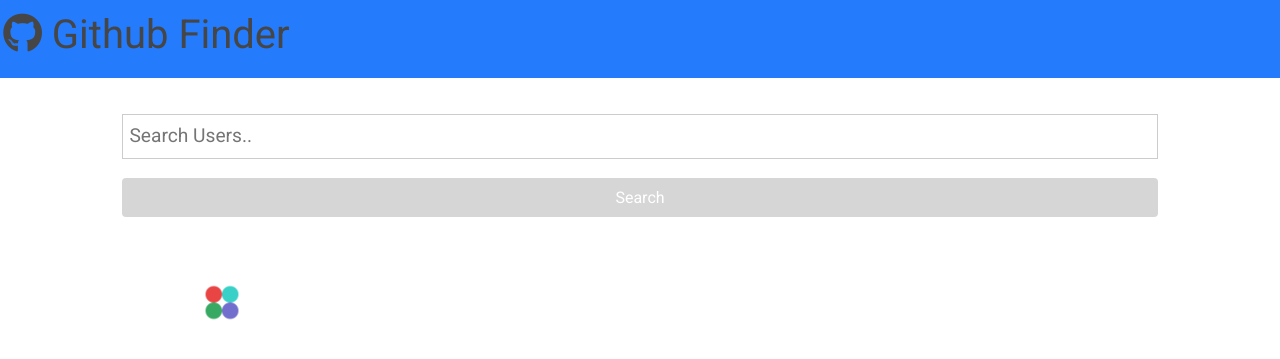
Repository: talha-mahmood/components-states-props
Page: / (app in my-app/)
The author's editor kept a copy of each file at every save. The page is drawn from the files as they stood at one save, then again after a run of saves.
The browser window is 1280 px wide. The pictures show the whole page.
The page's requests for data from a server got no answer. Some web libraries are served in a nearby version. The project was rebuilt for these pictures with package versions that can differ from the ones it lists, and the page was loaded fresh each time. No one was signed in, and anything a server would have sent is missing. Also part of the build but not shown: my-app/src/components/users/UserItem.js.

Above is the page before, as saved 2023-01-31 23:30:36.

### my-app/public/index.html
<!DOCTYPE html>
<html lang="en">
  <head>
    <meta charset="utf-8" />
    <link rel="icon" href="%PUBLIC_URL%/favicon.ico" />

    <link rel="stylesheet" href="https://cdn.jsdelivr.net/npm/bootstrap@5.1.3/dist/css/bootstrap.min.css" integrity="sha384-1BmE4kWBq78iYhFldvKuhfTAU6auU8tT94WrHftjDbrCEXSU1oBoqyl2QvZ6jIW3" crossorigin="anonymous">

    <link rel="stylesheet" href="https://cdnjs.cloudflare.com/ajax/libs/font-awesome/4.7.0/css/font-awesome.min.css">

    <meta name="viewport" content="width=device-width, initial-scale=1" />
    <meta name="theme-color" content="#000000" />
    <meta
      name="description"
      content="Web site created using create-react-app"
    />
    <link rel="apple-touch-icon" href="%PUBLIC_URL%/logo192.png" />
    <!--
      manifest.json provides metadata used when your web app is installed on a
      user's mobile device or desktop. See https://developers.google.com/web/fundamentals/web-app-manifest/
    -->
    <link rel="manifest" href="%PUBLIC_URL%/manifest.json" />

    <!--
      Notice the use of %PUBLIC_URL% in the tags above.
      It will be replaced with the URL of the `public` folder during the build.
      Only files inside the `public` folder can be referenced from the HTML.

      Unlike "/favicon.ico" or "favicon.ico", "%PUBLIC_URL%/favicon.ico" will
      work correctly both with client-side routing and a non-root public URL.
      Learn how to configure a non-root public URL by running `npm run build`.
    -->
    <title>React App</title>
  </head>
  <body>
    <noscript>You need to enable JavaScript to run this app.</noscript>
    <div id="root"></div>
    <!--
      This HTML file is a template.
      If you open it directly in the browser, you will see an empty page.

      You can add webfonts, meta tags, or analytics to this file.
      The build step will place the bundled scripts into the <body> tag.

      To begin the development, run `npm start` or `yarn start`.
      To create a production bundle, use `npm run build` or `yarn build`.
    -->

    <script src="https://cdn.jsdelivr.net/npm/bootstrap@5.1.3/dist/js/bootstrap.bundle.min.js" integrity="sha384-ka7Sk0Gln4gmtz2MlQnikT1wXgYsOg+OMhuP+IlRH9sENBO0LRn5q+8nbTov4+1p" crossorigin="anonymous"></script>

    <script src="https://kit.fontawesome.com/435a672ee3.js" crossorigin="anonymous"></script>
  </body>
</html>

### my-app/src/App.js
import React,{Component} from 'react';
import "./App.css";
import Navbar from './components/layout/Navbar';
// import UserItem from './components/users/UserItem';
import Search from './components/users/Search';
import PropTypes from 'prop-types';
import axios from 'axios'
import Users from './components/users/Users';

class App extends Component{
  state={
    users:[],
    loading:false
  }
  static propTypes={
    searchUsers:PropTypes.func.isRequired,
  }
  async componentDidMount(){
    console.log(process.env.REACT_APP_GITHUB_CLIENT_SECRET);
    // axios.get('https://api.github.com/users').then(res=>console.log(res.data));
    this.setState({loading:true})
    const res= await axios.get(`https://api.github.com/users?client_id=${process.env.REACT_APP_GITHUB_CLIENT_ID}&client_secret=${process.env.REACT_APP_GITHUB_CLIENT_SECRET} `);
    console.log(res.data);
    this.setState({users:res.data,loading:false})

  }
  static defaultProps={
    title:"Github Finder",
    icon:'fab fa-github'
  }

//Search Github Users
  searchUsers= async (text) =>{
    const res= await axios.get(`https://api.github.com/search/users?q=${text}&client_id=${process.env.REACT_APP_GITHUB_CLIENT_ID}&client_secret=${process.env.REACT_APP_GITHUB_CLIENT_SECRET} `);
    console.log(res.data);
    this.setState({users:res.data.items,loading:false});


  }
  render(){
  return (

    <div className="App">
       <Navbar title="Github Finder" icon='fab fa-github'/>

       <div className='container'>
        <Search searchUsers={this.searchUsers}/>
       <Users loading={this.state.loading} users={this.state.users}/>
       </div>

    </div>
  );
}
}
export default App;

### my-app/src/components/layout/Navbar.js
import React from 'react'
import PropTypes from 'prop-types';

const Navbar= ({icon, title})=> {

    return (
      <nav className='navbar bg-primary'>
        <h1>
          < i className={icon}/> {title}

          </h1>

      </nav>
    );

}

Navbar.defaultProps={
  title:"Github Finder",
  icon:'fab fa-github'
}
Navbar.propTypes={
  title: PropTypes.string.isRequired,
  icon: PropTypes.string.isRequired
}
export default Navbar

### my-app/src/components/users/Search.js
import React, { Component } from 'react'

export class Search extends Component {
    state={
        text:''
    }

    onChange = e =>{
        this.setState({[e.target.name]: e.target.value});
    }

    onSubmit=(e)=>{
      e.preventDefault();
      this.props.searchUsers(this.state.text);
      this.setState({text:''})

    }
  render() {
    return (
      <div>
        <form  onSubmit={this.onSubmit}className='form'>
            <input type="text" name="text" placeholder='Search Users..' value={this.state.text} onChange={this.onChange}/>
            <input type="submit" className="btn btn-dark btn-block" value="Search"/>

        </form>

      </div>
    )
  }
}

export default Search

### my-app/src/components/users/Users.js
import React from 'react'
import UserItem from './UserItem'
import Spinner from '../layout/Spinner'
import PropTypes from 'prop-types'


const Users= ({users,loading})=> {

  if(loading){
    return<Spinner/>
  }
  else
  {
    return(
        <div style={userStyle}>{users.map(user=>(
        <UserItem key={user.id} user={user} />
      ))}</div>
    )
  }
    // state={
    //     users:[
    //         {
    //             login:  "mojombo",
    //             id: 1,
    //             avatar_url: "https://avatars.githubusercontent.com/u/1?v=4",
    //             html_url: "https://github.com/mojombo"
    //         },
    //         {
    //             login:  "defunkt",
    //             id: 2,
    //             avatar_url: "https://avatars.githubusercontent.com/u/2?v=4",
    //             html_url: "https://github.com/defunkt"
    //         },
    //         {
    //             login: "pjhyett",
    //             id: 3,
    //             avatar_url: "https://avatars.githubusercontent.com/u/3?v=4",
    //             html_url: "https://github.com/pjhyett"
    //         }

    //     ]
    // }



}

Users.propTypes={
  users:PropTypes.array.isRequired,
  loading:PropTypes.bool.isRequired
}
const userStyle={
    display:'grid',
    gridTemplateColumns:'repeat(3,1fr)',
    gridGap:'1rem'

}

export default Users

### my-app/src/components/layout/Spinner.js
import React,{Fragment} from 'react'
import spinner from './spinner.gif'
const Spinner = () => <Fragment>
      <img src={spinner} alt="Loading..." style={{width:'200px', margin:'auto',dispaly:'block'}}/>
    </Fragment>
  export default Spinner

Loaded but not shown: my-app/src/index.js (common file); my-app/src/App.css (common file)

After the next 2 saves:
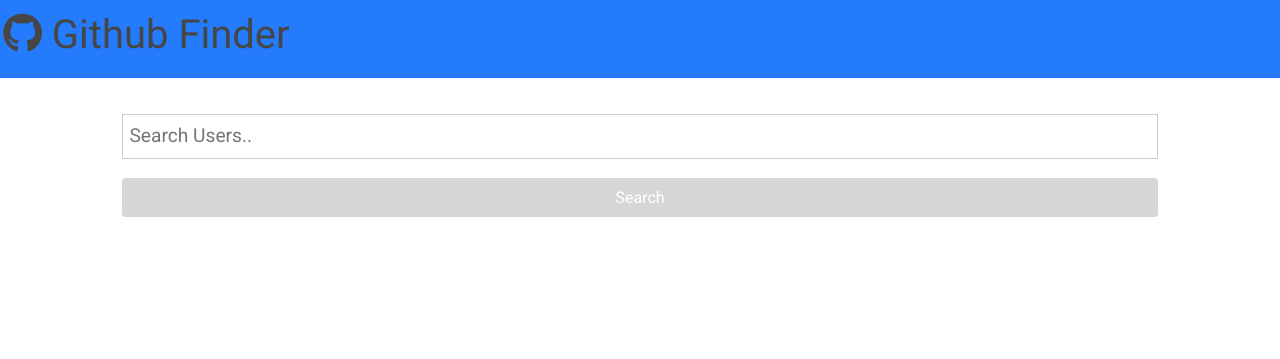
The 2 saves are shown as one change because 1 did not build or start.
The last was saved 14 min 1 s later.
--- a/my-app/src/App.js
+++ b/my-app/src/App.js
@@ -15,15 +15,15 @@ class App extends Component{
   static propTypes={
     searchUsers:PropTypes.func.isRequired,
   }
-  async componentDidMount(){
-    console.log(process.env.REACT_APP_GITHUB_CLIENT_SECRET);
-    // axios.get('https://api.github.com/users').then(res=>console.log(res.data));
-    this.setState({loading:true})
-    const res= await axios.get(`https://api.github.com/users?client_id=${process.env.REACT_APP_GITHUB_CLIENT_ID}&client_secret=${process.env.REACT_APP_GITHUB_CLIENT_SECRET} `);
-    console.log(res.data);
-    this.setState({users:res.data,loading:false})
+  // // async componentDidMount(){
+  // //   console.log(process.env.REACT_APP_GITHUB_CLIENT_SECRET);
+  // //   // axios.get('https://api.github.com/users').then(res=>console.log(res.data));
+  // //   this.setState({loading:true})
+  // //   const res= await axios.get(`https://api.github.com/users?client_id=${process.env.REACT_APP_GITHUB_CLIENT_ID}&client_secret=${process.env.REACT_APP_GITHUB_CLIENT_SECRET} `);
+  // //   console.log(res.data);
+  // //   this.setState({users:res.data,loading:false})
 
-  }
+  // }
   static defaultProps={
     title:"Github Finder",
     icon:'fab fa-github'
